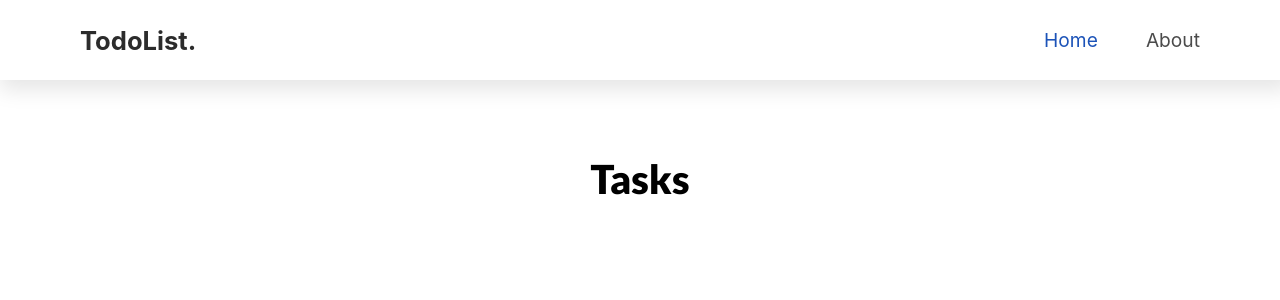
Repository: dqhuy153/react-todoList
Page: /
An editor plug-in stored every save of this project. The page is shown before and after the next save, followed by the edit.
The browser window is 1280 px wide. The pictures show the whole page.
The project was rebuilt for these pictures with package versions that can differ from the ones it lists, and the page was loaded fresh each time. Also part of the build but not shown: src/components/UI/LoadingSpinner.module.scss.

Above is the page before, as saved 2021-09-16 19:33:17.

### src/App.js
import React, { Suspense } from 'react';
import { Switch, Route } from 'react-router-dom';

import './App.css';
import Layout from './components/layout/Layout';
import LoadingSpinner from './components/UI/LoadingSpinner';

const Home = React.lazy(() => import('./components/pages/Home'));
const About = React.lazy(() => import('./components/pages/About'));

function App() {
  return (
    <Layout>
      <Suspense
        fallback={
          <div className="centered">
            <LoadingSpinner />
          </div>
        }
      >
        <Switch>
          <Route path="/" exact>
            <Home />
          </Route>
          <Route path="/about">
            <About />
          </Route>
          {/* <Route path="/products" exact>
          <Products />
        </Route>
        <Route path="/products/:productId">
          <ProductDetail />
        </Route> */}
        </Switch>
      </Suspense>
    </Layout>
  );
}

export default App;

### src/App.css
@import url('https://fonts.googleapis.com/css2?family=Lato:ital,wght@0,100;0,300;0,400;0,700;0,900;1,100;1,300;1,400;1,700;1,900&display=swap');

* {
  box-sizing: border-box;
}

.centered {
  margin: 3rem auto;
  text-align: center;
  display: flex;
  justify-content: center;
  align-items: center;
}

### src/components/layout/Layout.js
import React, { Fragment } from 'react';
import AppNavigation from './AppNavigation';

import styles from './Layout.module.scss';

export default function Layout(props) {
  return (
    <Fragment>
      <AppNavigation logoTitle="TodoList." />
      <main className={styles.main}>{props.children}</main>
    </Fragment>
  );
}

### src/components/UI/LoadingSpinner.js
import styles from './LoadingSpinner.module.scss';

const LoadingSpinner = () => {
  return <div className={styles.spinner}></div>;
};

export default LoadingSpinner;

### src/components/pages/Home.js
import React from 'react';

import styles from './Home.module.scss';

export default function Home(props) {
  return (
    <div className={styles.container}>
      <h1>Tasks</h1>
    </div>
  );
}

### src/components/layout/AppNavigation.js
import React from 'react';
import { NavLink } from 'react-router-dom';

import styles from './AppNavigation.module.scss';

export default function AppNavigation({ logoTitle = 'Demo.', ...props }) {
  return (
    <header className={styles.header}>
      <div className={styles.logo}>{logoTitle}</div>
      <nav>
        <ul>
          <li>
            <NavLink to="/" exact activeClassName={styles.active}>
              Home
            </NavLink>
          </li>
          <li>
            <NavLink to="/about" activeClassName={styles.active}>
              About
            </NavLink>
          </li>
        </ul>
      </nav>
    </header>
  );
}

### src/components/pages/Home.module.scss
.container {
  padding: 3rem 0;
  h1 {
    text-align: center;
    font-family: 'Lato', sans-serif;
    font-weight: 800;
    font-size: 2.5rem;
  }
}

### src/components/layout/AppNavigation.module.scss
.header {
  width: 100%;
  height: 5rem;
  display: flex;
  align-items: center;
  justify-content: space-between;
  background-color: #ffffff;
  padding: 0 5rem;
  box-shadow: 5px 5px 20px 5px rgba(0, 0, 0, 0.1);
}

.logo {
  font-size: 1.6rem;
  color: rgb(44, 44, 44);
  font-weight: bold;
}

.header ul {
  list-style: none;
  margin: 0;
  padding: 0;
  display: flex;
  align-items: baseline;
}

.header li {
  margin-left: 3rem;
}

.header a {
  text-decoration: none;
  font-size: 1.2rem;
  color: #4b4b4b;
}

.header a:hover,
.header a:active,
.header a.active {
  color: rgb(28, 83, 184);
}

Loaded but not shown: public/index.html (common file); src/index.js (common file); src/index.css (common file); src/reportWebVitals.js (common file); src/components/layout/Layout.module.scss (no stored copy; drawn as an empty file)

After the next save:
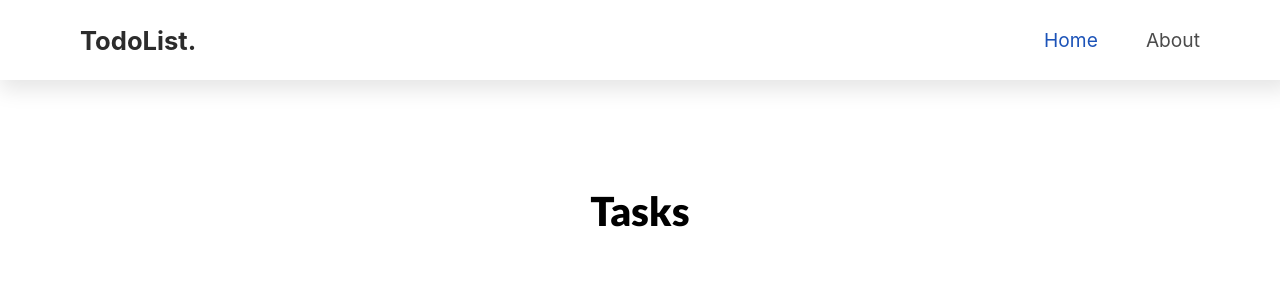
Saved 7 s later.
--- a/src/components/pages/Home.module.scss
+++ b/src/components/pages/Home.module.scss
@@ -1,5 +1,5 @@
 .container {
-  padding: 3rem 0;
+  padding: 5rem 0;
   h1 {
     text-align: center;
     font-family: 'Lato', sans-serif;
